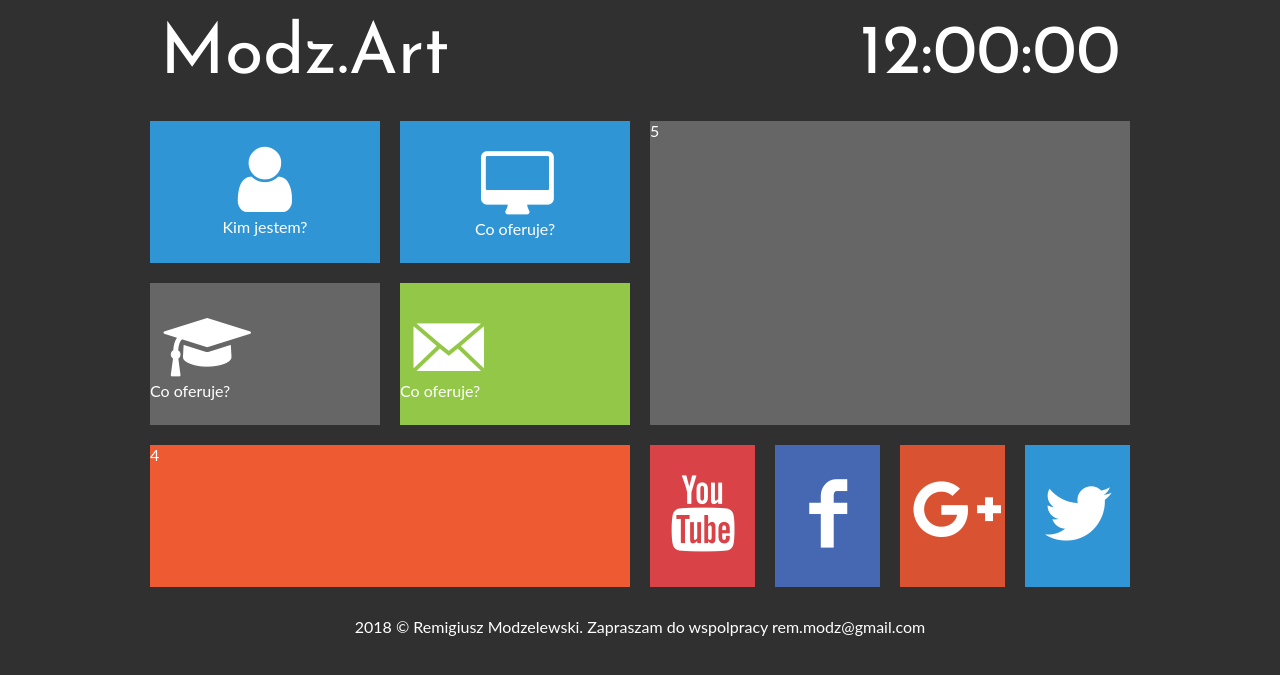
Repository: RemModz/Portfolio
Page: index.html
The author's editor kept a copy of each file at every save. The page is drawn from the files as they stood at one save, then again after the next save.
The browser window is 1280 px wide. The pictures show the whole page.

Above is the page before, as saved 2018-11-02 17:46:32.

### index.html
<!DOCTYPE html>
<html lang="en">
<head>
    <meta charset="UTF-8">
    <meta name="viewport" content="width=device-width, initial-scale=1.0">
    <meta http-equiv="X-UA-Compatible" content="ie=edge">
    <title>ModzArt - Portfolio</title>
    <meta name='description' content="Portfolio z tworczoscia Remka Modzelewskiego"/>
    <meta name='keywords' content="webdesign, webgraphics, drawing and vector art"/>

    <link rel="stylesheet" href="style.css" type="text/css"/>
    <link rel="stylesheet" href="/fontello/css/fontello.css" type="text/css"/>
    <link href="https://fonts.googleapis.com/css?family=Josefin+Sans&amp;subset=latin-ext" rel="stylesheet">
</head>
<body>
    <div id="container">

        <div class="rectangle">
            <div id="logo">Modz.Art</div>
            <div id="zegar">12:00:00</div>
            <div style="clear:both;"></div>
        </div>

        <div class="square">
            <div class="tile1">
                <i class="icon-user"></i><br />Kim jestem?
            </div>
            <div class="tile1">
                 <i class="icon-desktop"></i><br />Co oferuje?
                            </div>
            <div style="clear:both;"></div>

            <div class="tile2"><i class="icon-graduation-cap"></i><br />Co oferuje?</div>
            <div class="tile3"><i class="icon-email"></i><br />Co oferuje?</div>
            <div style="clear:both;"></div>

            <div class="tile4">4</div>
        </div>

        <div class="square">
            <div class="tile5">5</div>
            <div class="yt">
                <i class="icon-youtube"></i>
            </div>
            <div class="fb"><i class="icon-facebook"></i></div>
            <div class="gplus"><i class="icon-gplus"></i></div>
            <div class="tw"><i class="icon-twitter"></i></div>
            <div style="clear:both;"></div>



        </div>

        <div style="clear:both;"></div>

        <div class="rectangle"> 2018 &copy; Remigiusz Modzelewski. Zapraszam do wspolpracy rem.modz@gmail.com</div>
    </div>
</body>
</html>

### style.css
body {
    background-color: #303030;
    color: #ffffff;
    font-family: 'Lato', sans-serif;
    font-size: 20px'
}

#container {
    width: 1000px;
    margin-left: auto;
    margin-right: auto;
}

.rectangle {
    width: 960PX;
    margin: 20pX;
    text-align: center;
}

.square {
    width: 50%;
    float: left;
}

#logo {
    float: left;
    font-family: 'Josefin Sans', sans-serif;
    font-size: 70px;
    width: 600;
    text-align: left;
}

#zegar {
    float: right;
    font-family: 'Josefin Sans', sans-serif;
    font-size: 70px;
    text-align: left;
}
.tile1 {
    margin: 10px;
    width: 230px;
    height: 142px;
    background-color: #3095d5;
    float: left;
    text-align: center;
}

.tile2 {
    margin: 10px;
    width: 230px;
    height: 142px;
    background-color: #666666;
    float: left;
}
.tile3 {
    margin: 10px;
    width: 230px;
    height: 142px;
    background-color: #93c748;
    float: left;
}

.tile4 {
    margin: 10px;
    width: 480px;
    height: 142px;
    background-color: #ee5a32;

}

.tile5 {
    margin: 10px;
    width: 480px;
    height: 304px;
    background-color: #666666;
}

.yt {
    margin: 10px;
    width: 105px;
    height: 142px;
    background-color: #d94348;
    float: left;
}

.fb {
    margin: 10px;
    width: 105px;
    height: 142px;
    background-color: #4668b3;
    float: left;
}

.gplus {
    margin: 10px;
    width: 105px;
    height: 142px;
    background-color: #d95333;
    float: left;
}

.tw {
    margin: 10px;
    width: 105px;
    height: 142px;
    background-color: #3095d5;
    float: left;
}

### fontello/css/fontello.css
@font-face {
  font-family: 'fontello';
  src: url('../font/fontello.eot?17037671');
  src: url('../font/fontello.eot?17037671#iefix') format('embedded-opentype'),
       url('../font/fontello.woff2?17037671') format('woff2'),
       url('../font/fontello.woff?17037671') format('woff'),
       url('../font/fontello.ttf?17037671') format('truetype'),
       url('../font/fontello.svg?17037671#fontello') format('svg');
  font-weight: normal;
  font-style: normal;
}
/* Chrome hack: SVG is rendered more smooth in Windozze. 100% magic, uncomment if you need it. */
/* Note, that will break hinting! In other OS-es font will be not as sharp as it could be */
/*
@media screen and (-webkit-min-device-pixel-ratio:0) {
  @font-face {
    font-family: 'fontello';
    src: url('../font/fontello.svg?17037671#fontello') format('svg');
  }
}
*/

 [class^="icon-"]:before, [class*=" icon-"]:before {
  font-family: "fontello";
  font-style: normal;
  font-weight: normal;
  speak: none;

  display: inline-block;
  text-decoration: inherit;
  width: 1em;
  margin-right: .2em;
  text-align: center;
  /* opacity: .8; */

  /* For safety - reset parent styles, that can break glyph codes*/
  font-variant: normal;
  text-transform: none;

  /* fix buttons height, for twitter bootstrap */
  line-height: 1em;

  /* Animation center compensation - margins should be symmetric */
  /* remove if not needed */
  margin-left: .2em;

  /* you can be more comfortable with increased icons size */
  /* font-size: 120%; */

  /* Font smoothing. That was taken from TWBS */
  -webkit-font-smoothing: antialiased;
  -moz-osx-font-smoothing: grayscale;

  /* Uncomment for 3D effect */
  /* text-shadow: 1px 1px 1px rgba(127, 127, 127, 0.3); */
}

.icon-user:before { content: '\e800'; font-size: 76px; margin-top: 20px;} /* '' */
.icon-email:before { content: '\e801'; font-size: 68px; margin-top: 30px; } /* '' */
.icon-gmail:before { content: '\e802'; font-size: 68px; margin-top: 30px; } /* '' */
.icon-twitter:before { content: '\f099'; font-size: 76px; margin-top: 30px; } /* '' */
.icon-gplus:before { content: '\f0d5'; font-size: 68px; margin-top: 30px;} /* '' */
.icon-desktop:before { content: '\f108'; font-size: 68px; margin-top: 30px;} /* '' */
.icon-youtube:before { content: '\f167'; font-size: 76px; margin-top: 30px;} /* '' */
.icon-graduation-cap:before { content: '\f19d'; font-size: 68px; margin-top: 30px;} /* '' */
.icon-facebook:before { content: '\f30c'; font-size: 76px; margin-top: 30px;} /* '' */

After the next save:
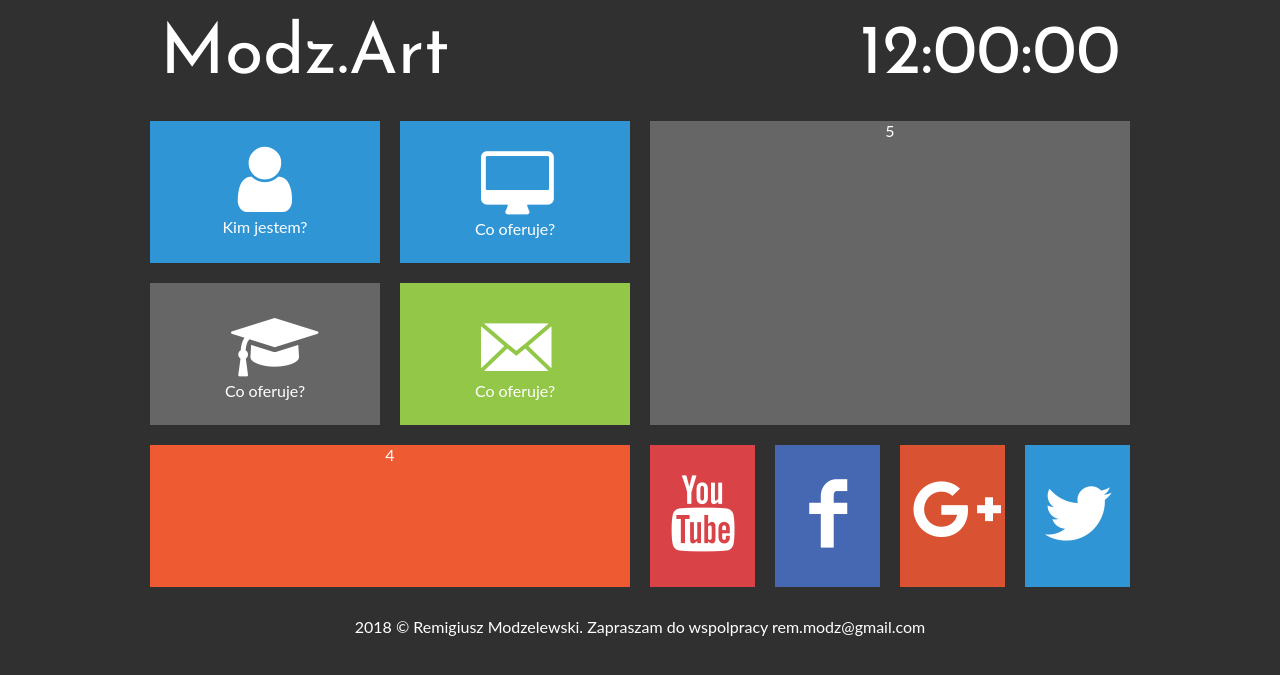
Saved 72 s later.
--- a/style.css
+++ b/style.css
@@ -51,6 +51,7 @@
     height: 142px;
     background-color: #666666;
     float: left;
+    text-align: center;
 }
 .tile3 {
     margin: 10px;
@@ -58,6 +59,7 @@
     height: 142px;
     background-color: #93c748;
     float: left;
+    text-align: center;
 }
 
 .tile4 {
@@ -65,6 +67,7 @@
     width: 480px;
     height: 142px;
     background-color: #ee5a32;
+    text-align: center;
 
 }
 
@@ -73,6 +76,7 @@
     width: 480px;
     height: 304px;
     background-color: #666666;
+    text-align: center;
 }
 
 .yt {
